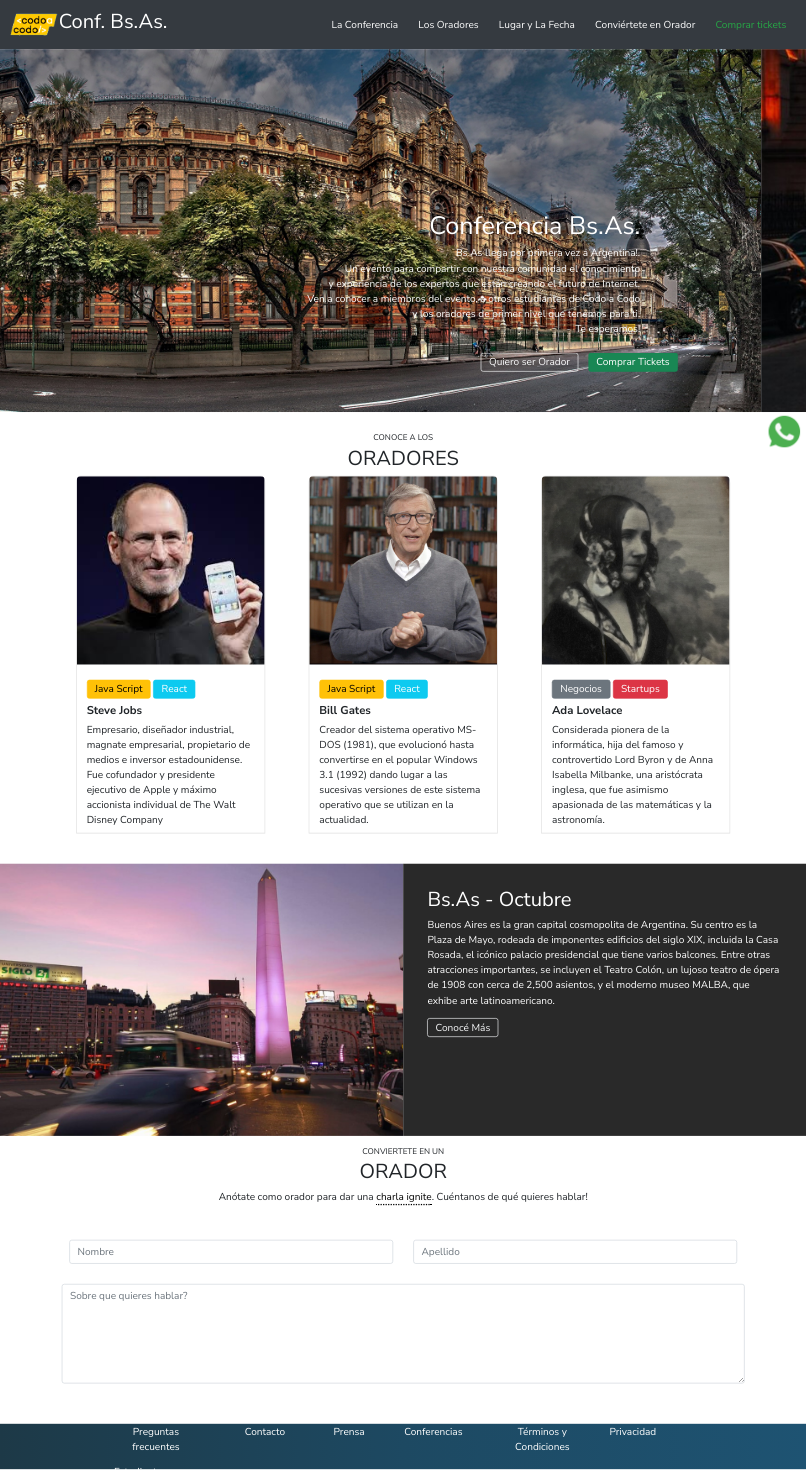
Repository: Melire/trabajo-final-BS
Page: index.html
These files come from the project's save history. The page is drawn as it stood at one moment and after the next save; the edit follows.
The browser window is 1280 px wide. The pictures show the whole page, at 63% of full size.

Above is the page before, as saved 2023-05-11 10:00:33.

After the next save:
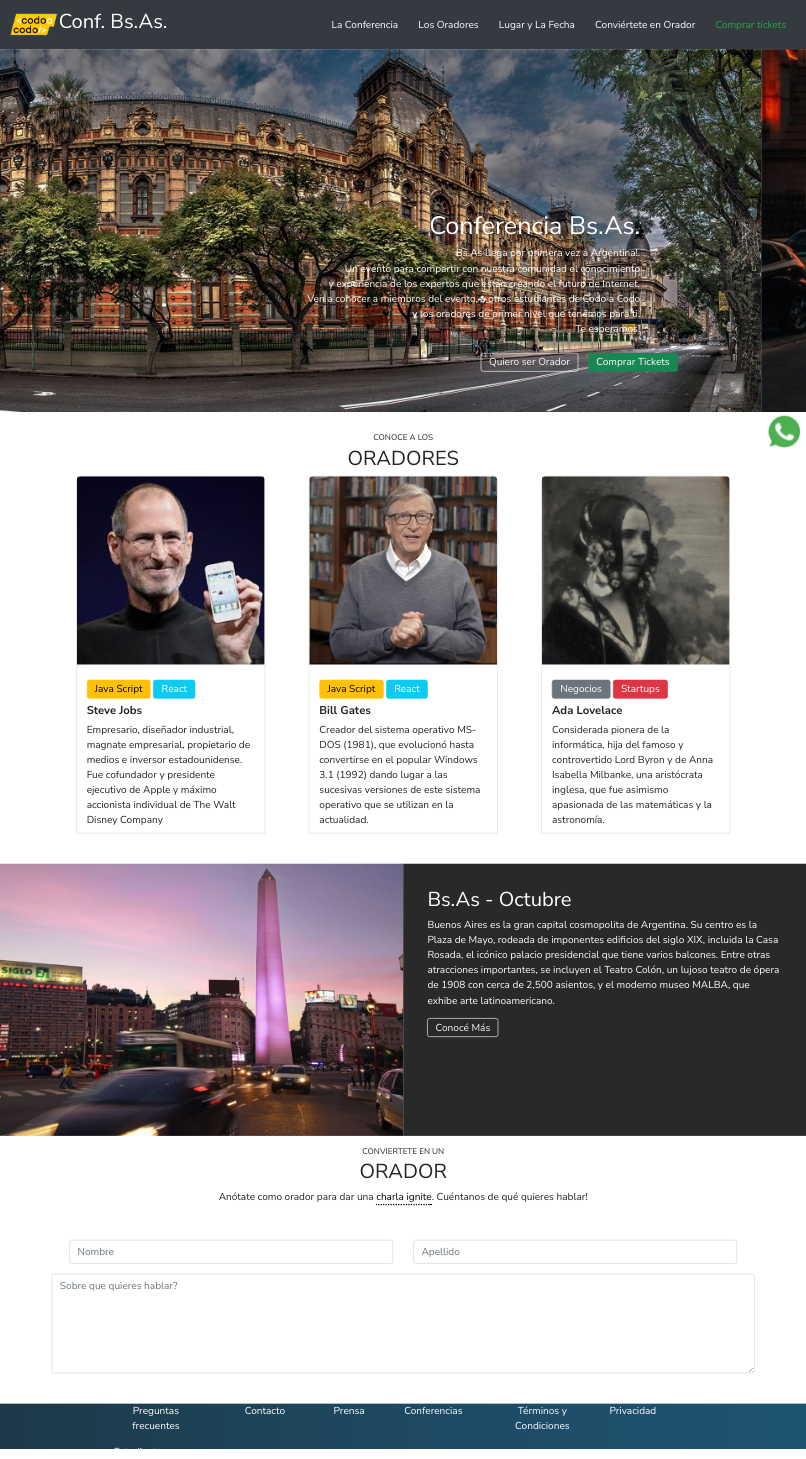
Saved 20 s later.
--- a/index.html
+++ b/index.html
@@ -214,7 +214,7 @@
             </div>
 
             <div class="mb-3">
-                <div class="camposForm">
+
                 <textarea class="form-control" id="exampleFormControlTextarea1" rows="6"placeholder="Sobre que quieres hablar?"></textarea>
             </div>
             </div>

After the 3 saves that followed:
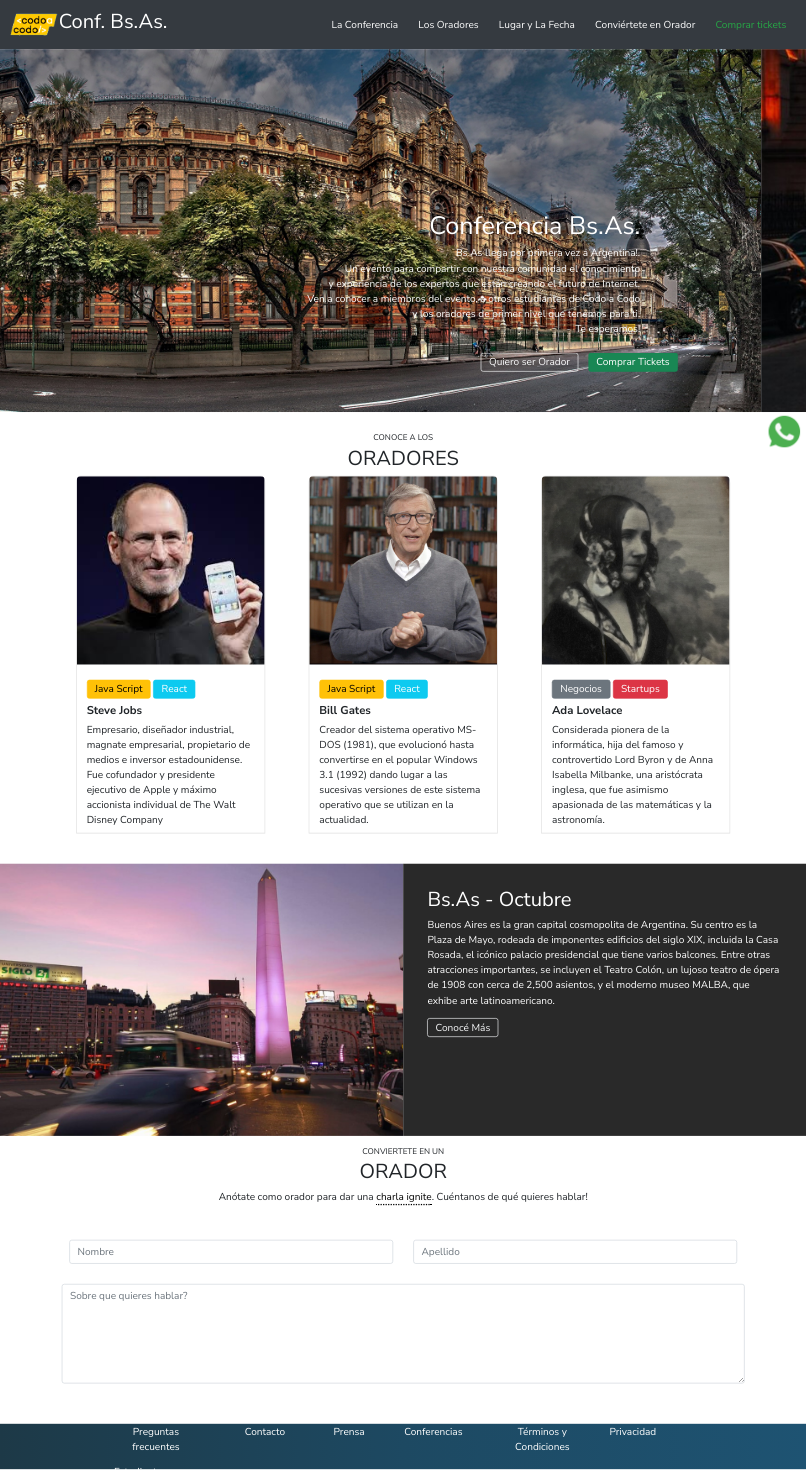
The 3 saves are shown as one change because 1 left the picture as it was and some came seconds apart.
The last was saved 15 s later.
--- a/index.html
+++ b/index.html
@@ -214,7 +214,7 @@
             </div>
 
             <div class="mb-3">
-
+                <div class="camposForm">
                 <textarea class="form-control" id="exampleFormControlTextarea1" rows="6"placeholder="Sobre que quieres hablar?"></textarea>
             </div>
             </div>
